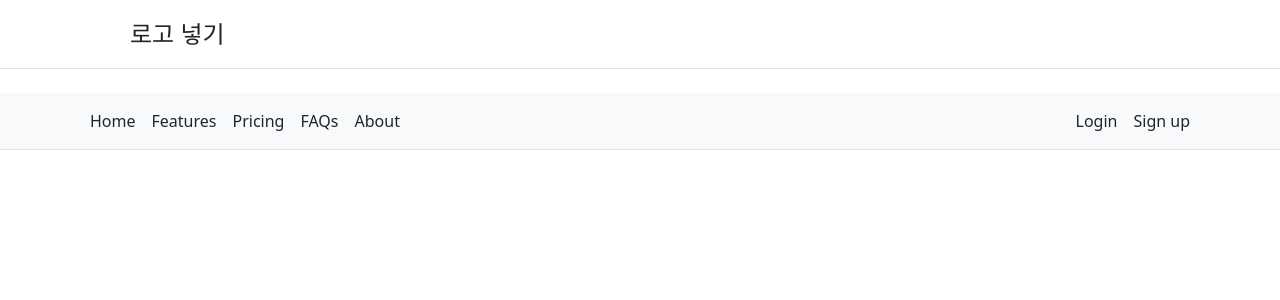
Repository: raoniee/Elice-House-Project
Page: FE/src/components/header/header.html
An editor plug-in stored every save of this project. The page is shown before and after the next save, followed by the edit.
The browser window is 1280 px wide. The pictures show the whole page.

Above is the page before, as saved 2023-07-04 16:04:58.

After the next save:
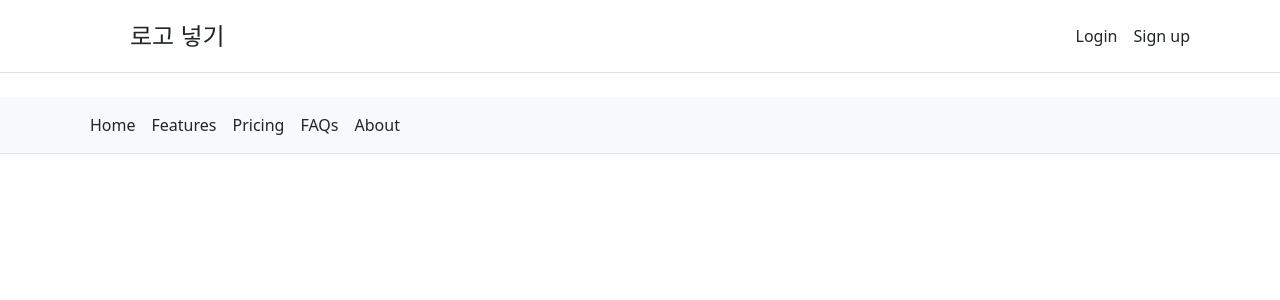
Saved 33 s later.
--- a/FE/src/components/header/header.html
+++ b/FE/src/components/header/header.html
@@ -25,6 +25,14 @@
           </svg>
           <span class="fs-4">로고 넣기</span>
         </a>
+        <ul class="nav">
+          <li class="nav-item">
+            <a href="#" class="nav-link link-dark px-2">Login</a>
+          </li>
+          <li class="nav-item">
+            <a href="#" class="nav-link link-dark px-2">Sign up</a>
+          </li>
+        </ul>
       </div>
     </header>
     <nav class="py-2 bg-light border-bottom">
@@ -51,14 +59,6 @@
             <a href="#" class="nav-link link-dark px-2">About</a>
           </li>
         </ul>
-        <ul class="nav">
-          <li class="nav-item">
-            <a href="#" class="nav-link link-dark px-2">Login</a>
-          </li>
-          <li class="nav-item">
-            <a href="#" class="nav-link link-dark px-2">Sign up</a>
-          </li>
-        </ul>
       </div>
     </nav>
     <script
